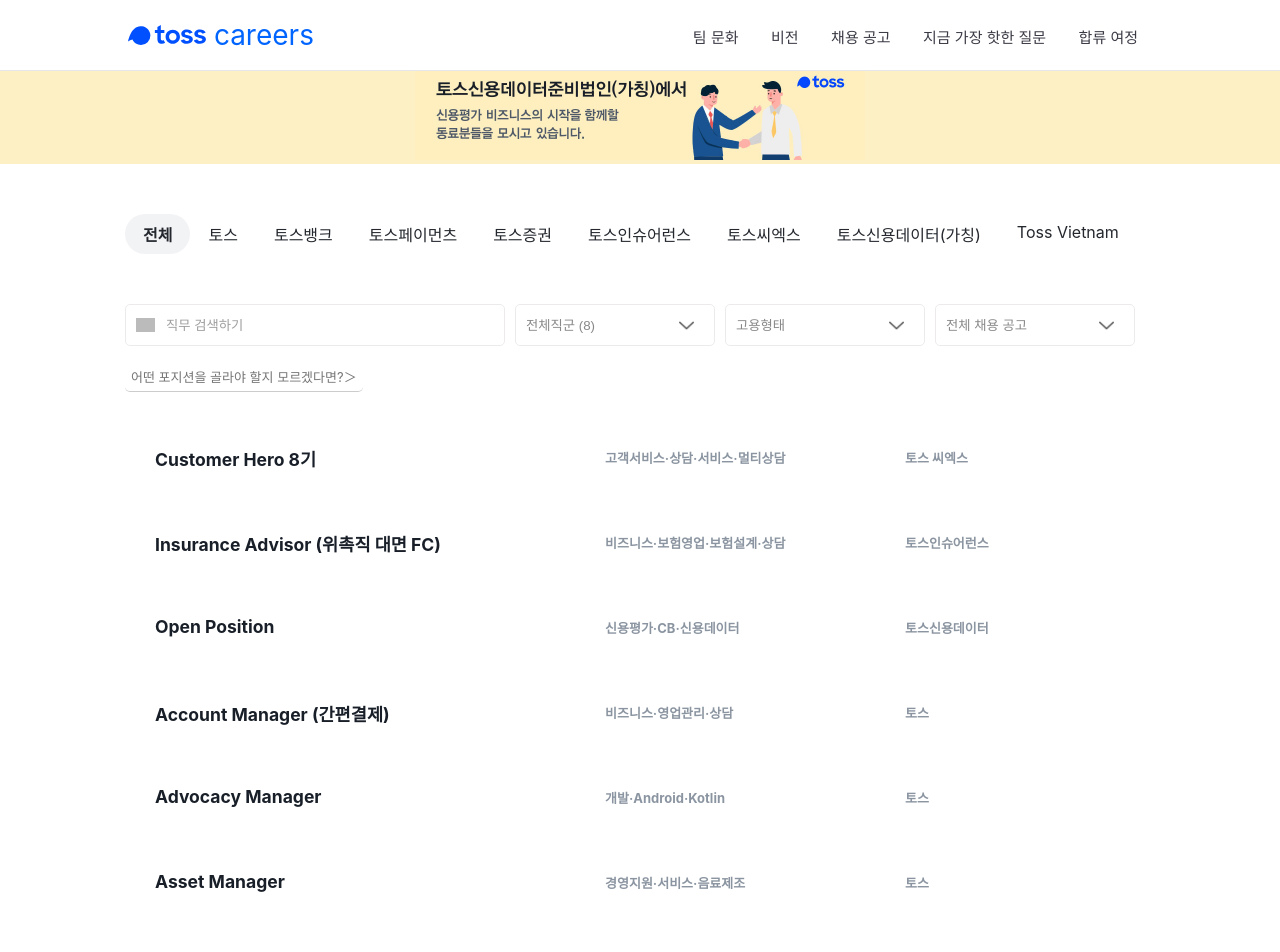
Repository: Tossproject/tossProject
Page: common/career_job.html
An editor plug-in stored every save of this project. The page is shown before and after the next save, followed by the edit.
The browser window is 1280 px wide. The pictures show the part of the page from y = 0 to 952 px (the page is 2165 px tall before and 2467 px after).
Pictures or frames that could not be fetched are drawn as grey boxes. A picture or video elsewhere on the page could not be fetched, so the positions and the page height are approximate.

Above is the page before, as saved 2022-01-19 01:00:37.

### common/career_job.html
<!DOCTYPE html>
<html lang="ko">

<head>
    <meta charset="UTF-8">
    <meta http-equiv="X-UA-Compatible" content="IE=edge">
    <meta name="viewport" content="width=device-width, initial-scale=1.0">
    <title>토스채용</title>
    <link rel="stylesheet" href="../css/common.css">
    <link rel="stylesheet" href="../css/career_job.css">
    <link rel="shortcut icon" href="https://static.toss.im/tds/favicon/favicon.ico">
</head>
</head>

<body>
    <div class="container">
        <!-- header -->
        <header>
            <nav class="toss_nav">
                <div class="navicon">
                    <a href="career.html" class="logo"><img src="../images/logo.svg" alt="toss"><span> careers</span></a>
                    <div class="trigger">
                        <span class="icon"></span>
                        <span class="icon2"></span>
                    </div>
                </div>
                <ul>
                    <li><a href="#">팀 문화</a></li>
                    <li><a href="#">비전</a></li>
                    <li><a href="#">채용 공고</a></li>
                    <li><a href="#">지금 가장 핫한 질문</a></li>
                    <li><a href="#">합류 여정</a></li>
                </ul>
            </nav>
        </header>
        <!--섹션 1-->
        <section>
            <div class="banner">
                <a href="#">
                <div class="banner-center">
                   <img src="../images/career_banner.jpg" alt="토스신용데이터준비법인(가칭)에서 신용평가 비즈니스의 시작을 함꼐할 동료분들을 모시고 있습니다.">
                </div>
                 </a>
            </div>


        </section>

        <!--섹션 2-->
        <section>
            <div class="goal-box">
                <div class="goal-center">
                    <div class="goal-text" id="all-contents">
                        <h1>가슴 뛰는 목표,<br>
                        목적이 있는 삶</h1>
                        <p>우리는 '금융의 모든 문제를 해결하겠다'는 목표에 마음이 움직여 여기에 모였습니다. 토스커뮤니티는 모두가 같은<br>
                        목표를 향해 달립니다. 불가능한 것을 꿈꾸고, 그걸 가능하게 만드는 동료들과 함께 열정적으로 일하고 있습니다. 가슴이<br>
                        설레시나요? 지금이 바로 토스커뮤니티에 합류할 떄입니다.</p>
                        <a href="#">토스커뮤니티의 비전과 목표</a>
                    </div>
                    <div class="goal-text" id="toss-contents">
                        <h1>상식적인 금융 서비스는<br>
                        삶을 윤택하게 합니다</h1>
                        <p>문자 메시지 보내듯 편하게 송금하고, 모든 자산을 손끝에서 편하게 관리하고, 최고의 사용 경험을 선사하는 디자인<br>
                        덕분에 행복해지고, 큰 노력 없이 금융과 관련된 고민을 모두 해결하는 것. 토스에서는 누구나 경험할 수 있습니다.</p>
                        <a href="#">토스는 왜 금융을 바꾸려고 하는가?</a>
                    </div>
                    <div class="goal-text" id="bank-contents">
                        <h1>포용과 혁신의 은행을<br>
                            지향합니다</h1>
                        <p>
                            토스뱅크의 목표는 두 가지입니다. 하나는 기존 은행의 주고객이었던 직장인 뿐 아니라, 소상공인, 저신용자까지도<br>
                            부담없이 이용할 수 있는 접근성 높은 은행이 되는 것. 다른 하나는 금융 산업의 축을 공급자 중심에서 사용자 중심으로<br>
                            완벽하게 옮겨오는 것입니다.</p>
                        <a href="#">토스, 은행을 품다</a>
                    </div>
                    <div class="goal-text" id="pay-contents">
                        <h1>결제 산업의<br>
                            새로운 미래를 제시합니다</h1>
                        <p>
                            변화가 더디고 진입 장벽 또한 높았던 결제 산업, 이제 바뀌어야 합니다. 토스페이먼츠는 그동안 어렵고 힘들었던 결제<br>
                            경험을 혁신하고자 합니다. 소비자들에게 쉽고 편한 서비스 경험을 제공하고, 가맹점들에게는 오직 사업에만 집중할 수<br>
                            완벽하게 옮겨오는 것입니다.</p>
                        <a href="#">토스, 은행을 품다</a>
                    </div>
                    <div class="goal-text" id="stock-contents">
                        <h1>투자, 쉽게 시작하고<br>
                            즐길 수 있는 문화가 됩니다</h1>
                        <p>
                            그동안 투자는 전문적인 공부가 필요한 영역이라는 인식 때문에, 시작하는 것조차 어려웠던 것이 사실입니다. 토스증권이<br>
                            준비중인 투자 서비스를 통해 어렵게 느껴졌던 투자가 재밌어질거고, 많은 분들의 삶에 '투자 문화'가 중요하게 자리잡을<br>
                            겁니다.
                        </p>
                        <a href="#">토스가 투자 서비스를 만든다면?</a>
                    </div>
                    <div class="goal-text" id="insure-contents">
                        <h1>궁극적인 목표는<br>
                            고객이 만족하는 것</h1>
                        <p>
                            토스인슈어런스의 목표는 보험 상품을 많이 판매하는 것이 아닙니다. 고객의 위험을 최대한 줄이고, 상황에 꼭 맞는<br>
                            상품을 추천해 드리는 것, 궁극적으로 '최고의 고객 만족'을 지향합니다. 변함 없던 보험 업계, 이제 정말 바뀌어야 합니다.<br>
                            토스인슈어런스는 그 흐름을 주도하는 팀입니다.</p>
                        <a href="#">‘보험’ 하면 토스인슈어런스가 생각나는 그 날까지!</a>
                    </div>
                    <div class="goal-text" id="cx-contents">
                        <h1>고객 경험을<br>
                            최우선으로 생각합니다</h1>
                        <p>

                            토스에게 CS는 Customer Service를 넘어 Customer Satisfaction과 Customer Success를 의미합니다. 이제 한<br>
                            단계 더 나아간 토스씨엑스(CX)는 고객 경험을 수호하며 미친 만족감을 드릴 것입니다.</p>
                        <a href="#">고객이 반드시, 토스에서 멋진 경험을 할 수 있도록</a>
                    </div>
                    <div class="goal-text" id="data-contents">
                        <h1>혁신적인 신기술로,<br>
                            신용평가 시장을 재정의 합니다.</h1>
                        <p>
                            토스신용데이터준비법인(가칭)은 토스 커뮤니티 및 다양한 금융/비금융 데이터를 통해 대한민국 신용평가 시장을 재정의<br>
                            하는 것을 목표로 합니다. 차별화된 데이터를 결합하고 고도화된 데이터 인프라 및 분석역량을 활용하여, 금융 소비자<br>
                            중심의 상환 능력 평가를 통해 시장에 새로운 가치를 창출하고자 합니다. 빅데이터와 머신러닝 등 혁신적 신기술을 적극<br>
                            도입하여 차별화된 방식으로 개인/개인사업자 신용평가 시장을 혁신할 것 입니다.</p>
                        <a href="#">토스커뮤니티의 비전과 목표</a>
                    </div>
                    <div class="list">
                        <ul>
                            <li class="div2 list-active" id="all-tab"><a href="#">전체</a></li>
                            <li class="div2" id="toss-tab"><a href="#">토스</a></li>
                            <li class="div2" id="bank-tab"><a href="#">토스뱅크</a></li>
                            <li class="div2" id="pay-tab"><a href="#">토스페이먼츠</a></li>
                            <li class="div2" id="stock-tab"><a href="#">토스증권</a></li>
                            <li class="div2" id="insure-tab"><a href="#">토스인슈어런스</a></li>
                            <li class="div2" id="cx-tab"><a href="#">토스씨엑스</a></li>
                            <li class="div2" id="data-tab"><a href="#">토스신용데이터(가칭)</a></li>
                            <li class="div2"><a href="#">Toss Vietnam</a></li>
                        </ul>

                    </div>

                </div>
            </div>

        </section>

        <!-- 섹션 3-->

        <section>
           <div class="input-box">
            <div class="input-center">
                <form class="all-box">
                    <input type="text" name="search" class="select" id="slect" placeholder="직무 검색하기">

                    <select name="select" id="select" >
                        <option value="Allselect">전체직군 (8)</option>
                        <option value="Communication" >Communication (3)</option>
                        <option value="CoreSystem">Core System (2)</option>
                        <option value="Business">Business (1)</option>
                        <option value="Data">Data (1)</option>
                        <option value="Design">Design (1)</option>



                    </select>

                    <select name="select" id="select" class="time-box">
                        <option value="고용형태">고용형태</option>
                        <option value="short">단기계약직</option>
                        <option value="정규직">정규직</option>
                        <option value="계약직">계약직</option>
                        <option value="위촉직">위촉직</option>
                    </select>

                    <select name="select" id="select">
                        <option value="전체 채용 공고">전체 채용 공고</option>
                        <option value="채용중인 공고">채용중인 공고</option>
                        <option value="인재풀">인재풀</option>
                    </select>
                </form>
                <a href="#">어떤 포지션을 골라야 할지 모르겠다면?＞</a>
                <div class="text-box">
                    <a href="#" class="servise">
                        <div class="hero">
                            <h3>Customer Hero 8기</h3>
                        </div>
                        <div class="customer">
                            <p>고객서비스·상담·서비스·멀티상담</p>
                        </div>

                        <div class="cx">
                            <p>토스 씨엑스</p>
                        </div>
                    </a>
                    <a href="#" class="servise">
                        <div class="hero">
                            <h3>Insurance Advisor (위촉직 대면 FC)</h3>
                        </div>
                        <div class="customer">
                            <p>비즈니스·보험영업·보험설계·상담</p>
                        </div>
                        <div class="cx">
                            <p>토스인슈어런스</p>
                        </div>
                    </a>
                    <a href="#" class="servise">
                        <div class="hero">
                            <h3>Open Position</h3>
                        </div>
                        <div class="customer">
                            <p>신용평가·CB·신용데이터</p>
                        </div>
                        <div class="cx">
                            <p>토스신용데이터</p>
                        </div>
                    </a>
                    <a href="#" class="core">
                        <div class="hero">
                            <h3>Account Manager (간편결제)</h3>
                        </div>
                        <div class="customer">
                            <p>비즈니스·영업관리·상담</p>
                        </div>
                        <div class="cx">
                            <p>토스</p>
                        </div>
                    </a>
                    <a href="#" class="core">
                        <div class="hero">
                            <h3>Advocacy Manager</h3>
                        </div>
                        <div class="customer">
                            <p>개발·Android·Kotlin</p>
                        </div>
                        <div class="cx">
                            <p>토스</p>
                        </div>
                    </a>
                    <a href="#" class="business">
                        <div class="hero">
                            <h3>Asset Manager</h3>
                        </div>
                        <div class="customer">
                            <p>경영지원·서비스·음료제조</p>
                        </div>
                        <div class="cx">
                            <p>토스</p>
                        </div>
                    </a>
                    <a href="#" class="special">
                        <div class="hero">
                            <h3>Bank CH Team Leader</h3>
                        </div>
                        <div class="customer">
                            <p>경영지원·서비스·음료제조</p>
                        </div>
                        <div class="cx">
                            <p>토스씨엑스</p>
                        </div>
                    </a>
                    <a href="#" class="design">
                        <div class="hero">
                            <h3>Bank Operations Specialist</h3>
                        </div>
                        <div class="customer">
                            <p>디자인·브랜딩</p>
                        </div>
                        <div class="cx">
                            <p>토스</p>
                        </div>
                    </a>
                </div>

                <div class="gif-center">
                    <img src="../images/icons8-square-spinner.gif">
                    <p>검색한 결과가 없습니다</p>
                    <a href="#">전체 채용 공고로 돌아가기</a>
                </div>


            </div>
           </div>


        </section>



        <!-- footer -->
        <footer>
            <div class="footerbox">

                <!-- footer_top -->
                <div class="footer_top">
                    <ul class="list_service">
                        <li class="title">서비스</li>
                        <li><a href="#">공지사항</a></li>
                        <li><a href="#">자주 묻는 질문</a></li>
                        <li><a href="#">공동인증서 관리</a></li>
                        <li><a href="#">계정 일시잠금</a></li>
                        <li><a href="#">고객센터</a></li>
                        <li><a href="#">브랜드리소스센터</a></li>
                    </ul>
                    <ul class="list_company">
                        <li class="title">회사</li>
                        <li><a href="#">회사 소개</a></li>
                        <li><a href="#">토스페이먼츠</a></li>
                        <li><a href="#">토스인슈어런스</a></li>
                        <li><a href="#">토스증권</a></li>
                        <li><a href="#">토스씨엑스</a></li>
                        <li><a href="#">토스뱅크</a></li>
                        <li><a href="#">채용</a></li>
                        <li><a href="#">블로그</a></li>
                        <li><a href="#">공고</a></li>
                    </ul>
                    <ul class="list_inquire">
                        <li class="title">문의</li>
                        <li><a href="#">사업 제휴</a></li>
                        <li><a href="#">광고 문의</a></li>
                        <li><a href="#">인증 사업 문의</a></li>
                        <li><a href="#">마케팅·PR</a></li>
                        <li><a href="#">IR</a></li>
                    </ul>
                    <ul class="list_center">
                        <li class="title">고객센터</li>
                        <li><a href="#">전화: 1599-49-5 (24시간 연중무휴)</a></li>
                        <li><a href="#">이메일(고객전용): support@toss.im</a></li>
                        <li><a href="#">이메일(외부기관전용): support-af@toss.im</a></li>
                        <li><a href="#">민원 접수</a></li>
                    </ul>
                </div>

                <!-- footer_bottom -->
                <div class="footer_bottom">
                    <!-- footer_bottom_infobox -->
                    <div class="infobox">
                        <p><strong>(주)비바리퍼블리카</strong></p>
                        <p>
                            사업자 등록번호 : 120-88-01280 | 대표 : 이승건<br>
                            호스팅 서비스 : 주식회사 비바리퍼블리카 | 통신판매업 신고번호 : 2014-서울강남-03377 <a href="#">사업자정보확인</a><br>
                            06236 서울특별시 강남구 테헤란로 142, 12층 (역삼동, 아크플레이스)<br>
                            고객센터 : 서울특별시 강남구 테헤란로 133, 8층 (역삼동, 한국타이어빌딩)
                        </p>
                    </div>

                    <!-- footer_bottom_smaillListbox -->
                    <div class="smallListbox">
                        <ul class="smallList">
                            <li><a href="#">서비스 이용약관</a></li>
                            <li><a href="#">통합 금융정보 서비스 약관</a></li>
                            <li><a href="#">이용자의 권리 및 유의사항</a></li>
                            <li><a href="#"><strong>개인정보 처리방침</strong></a></li>
                            <li><a href="#"><strong>채용팀 개인정보 처리방침</strong></a></li>
                            <li><a href="#">영상정보처리기기 운영 관리 방침</a></li>
                            <li><a href="#">위치기반서비스 이용약관</a></li>
                            <li><a href="#">가맹점 고지사항</a></li>
                            <li><a href="#">토스 전자서명인증업무준칙</a></li>
                            <li><a href="#">토스인증 서비스 약관</a></li>
                            <li><a href="#">금융소비자보호</a></li>
                        </ul>
                    </div>

                    <!-- footer_bottom_snsbox -->
                    <div class="snsbox">
                        <ul class="sns">
                            <li><a href="#"><img src="../images/icn-facebook.svg"></a></li>
                            <li><a href="#"><img src="../images/icn-blog.svg"></a></li>
                            <li><a href="#"><img src="../images/icn-naver.svg"></a></li>
                            <li><a href="#"><img src="../images/icn-twitter.svg"></a></li>
                            <li><a href="#"><img src="../images/icn-instagram.svg"></a></li>
                        </ul>
                    </div>
                </div>
            </div>
        </footer>
    </div>

    <script src="https://code.jquery.com/jquery-3.6.0.min.js"
        integrity="sha256-/xUj+3OJU5yExlq6GSYGSHk7tPXikynS7ogEvDej/m4=" crossorigin="anonymous"></script>
    <script src="../js/career_job.js"></script>

</body>

</html>

### css/career_job.css
header {
  border-bottom: 1px solid rgba(0, 27, 55, 0.1);
}
header nav.toss_nav .navicon a {
  color: rgb(0, 100, 255);
  text-decoration: none;
}
header nav.toss_nav .navicon a span {
  font-size: 28px;
}
header nav.toss_nav ul li a:hover {
  background-color: rgba(2, 32, 71, 0.05);
  border-radius: 10px;
  color: #3b3b46;
}

.banner {
  width: 100%;
  background-color: rgb(252, 240, 196);
}

.banner-center {
  width: 450px;
  margin: 0 auto;
}

.banner img {
  width: 100%;
  height: auto;
  margin-top: 60px;
}

/* secrion 1 */

.goal-center {
  width: 1030px;
  margin: 50px auto;
}
.goal-text {
  margin-bottom: 60px;
  display: none;
}
.goal-text h1 {
  font-size: 35px;
  color: #24282e;
  margin-bottom: 30px;
}
.goal-text p {
  margin-bottom: 30px;
  font-size: 16px;
  color: #24282e;
  line-height: 20px;
}
.goal-text a {
  color: rgb(49, 130, 246);
  text-decoration: none;
  font-weight: 590;
  font-size: 14px;
}
.goal-text a:hover {
  color: rgb(40, 40, 199);
}
.list ul {
  display: flex;
}
.list ul li {
  padding: 8px;
}
.list ul li.list-active {
  color: #191f28;
  background-color: rgba(2, 32, 71, 0.05);
  border-radius: 25px;
  font-weight: bold;
}

.list ul li a {
  color: #24282e;

  padding: 10px;
  border-radius: 20px;
}
.list ul li a:hover {
  color: #191f28;
  font-weight: bold;
}
.input-center {
  width: 1030px;
  margin: 50px auto;
}
.all-box {
  display: flex;
  position: relative;
  margin-bottom: 20px;
}
#select {
  padding: 5px 10px;
  box-sizing: border-box;
}
.select {
  width: 380px;
  height: 30px;
  padding: 20px 20px 20px 40px;
  background: url(../images/glass.png) no-repeat center left 10px;
  background-size: 5%;
  filter: opacity(0.7);
  border-radius: 5px;
  border: 1px solid rgb(228, 225, 225);
  outline-color: rgb(33, 33, 243);
}
.select:hover {
  border: 1px solid rgb(97, 97, 238);
}
#select {
  width: 200px;
  border-radius: 5px;
  margin-left: 10px;
  border: 1px solid rgb(228, 225, 225);
  color: #575656;
  appearance: none;
  background: url(../images/down.png) no-repeat right 20px center;
  background-size: 15px;

  filter: opacity(0.7);
}

#select:hover {
  border: 1px solid rgb(97, 97, 238);
}
option {
  font-size: 19px;
  inline-size: 20px;
  padding: 10px;
}

.input-center a {
  text-decoration: none;
  color: rgb(117, 117, 117);
  font-size: 13px;
  padding-bottom: 5px;
  border-bottom: 1px solid #ccc;
  padding: 6px;
  border-radius: 5px;
}
.input-center a:hover {
  background-color: #f2f2f2;
}

.text-box {
  display: flex;
  flex-direction: column;
  margin-top: 30px;
}
.text-box a {
  display: flex;
  flex-direction: row;
  padding: 30px;
  text-decoration: none;
  border-bottom: none;
}
.hero {
  color: rgb(25, 31, 40);
  font-size: 15px;
  width: 300px;
  margin-right: 150px;
}

.customer {
  color: rgb(139, 149, 161);
  line-height: 25px;
  width: 250px;
  margin-right: 50px;
  font-weight: bold;
  font-size: 13px;
}
.cx {
  color: rgb(139, 149, 161);
  line-height: 25px;
  font-weight: bold;
  font-size: 13px;
}
.gif-center {
  display: flex;
  flex-direction: column;
  text-align: center;
  margin-top: 40px;
  display: none;
}
.gif-center img {
  margin: auto;
  width: 100px;
  height: 100px;
  margin-bottom: 30px;
}
.gif-center p {
  font-size: 15px;
  margin-bottom: 30px;
  font-weight: bold;
  color: #24282e;
}

.gif-center a {
  width: 200px;
  margin: auto;
  padding: 20px;
  border-bottom: none;
  background-color: rgba(69, 147, 252, 0.12);
  color: rgb(56, 56, 241);
  font-weight: bold;
}
.gif-center a:hover {
  background-color: rgba(14, 118, 255, 0.12);
}

Loaded but not shown: js/career_job.js (133 lines, source omitted); css/common.css (370 lines, source omitted)

After the next save:
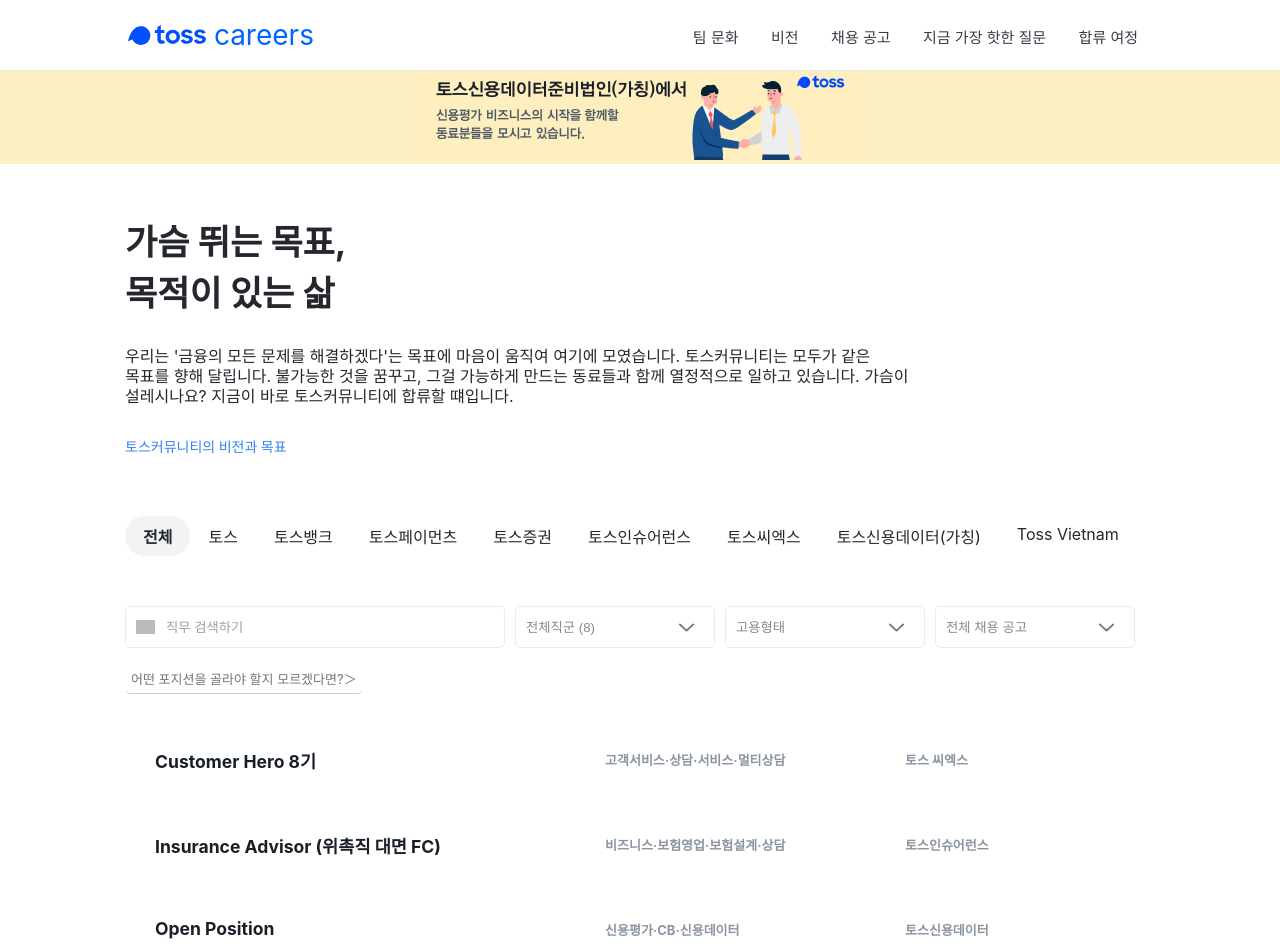
Saved 76 s later.
--- a/common/career_job.html
+++ b/common/career_job.html
@@ -50,7 +50,7 @@
         <section>
             <div class="goal-box">
                 <div class="goal-center">
-                    <div class="goal-text" id="all-contents">
+                    <div class="goal-text" id="all-contents" style="display: block;">
                         <h1>가슴 뛰는 목표,<br>
                         목적이 있는 삶</h1>
                         <p>우리는 '금융의 모든 문제를 해결하겠다'는 목표에 마음이 움직여 여기에 모였습니다. 토스커뮤니티는 모두가 같은<br>
